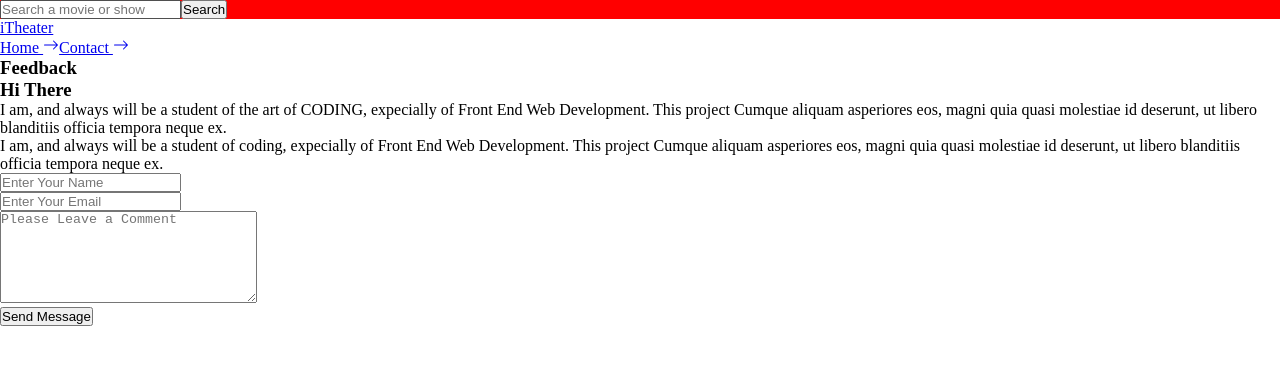
Repository: just-mann/itheater
Page: /contact
These files come from the project's save history. The page is drawn as it stood at one moment and after the next save; the edit follows.
The browser window is 1280 px wide. The pictures show the whole page.
The page's requests for data from a server got no answer. Some web fonts or font styles are not loaded; a fallback is used. The project was rebuilt for these pictures with package versions that can differ from the ones it lists, and the page was loaded fresh each time. No one was signed in, and anything a server would have sent is missing. Also part of the build but not shown: src/components/MovieDetail.js, src/components/ShowList.js.

Above is the page before, as saved 2021-07-17 05:48:38.

### public/index.html
<!DOCTYPE html>
<html lang="en">
  <head>
    <meta charset="utf-8" />
    <link rel="icon" href="%PUBLIC_URL%/favicon.ico" />
    <meta name="viewport" content="width=device-width, initial-scale=1" />
    <meta name="theme-color" content="#000000" />
    <meta
      name="description"
      content="Web site created using create-react-app"
    />
    <link rel="apple-touch-icon" href="%PUBLIC_URL%/logo192.png" />
    <!--
      manifest.json provides metadata used when your web app is installed on a
      user's mobile device or desktop. See https://developers.google.com/web/fundamentals/web-app-manifest/
    -->
    <link rel="manifest" href="%PUBLIC_URL%/manifest.json" />
    <!--
      Notice the use of %PUBLIC_URL% in the tags above.
      It will be replaced with the URL of the `public` folder during the build.
      Only files inside the `public` folder can be referenced from the HTML.

      Unlike "/favicon.ico" or "favicon.ico", "%PUBLIC_URL%/favicon.ico" will
      work correctly both with client-side routing and a non-root public URL.
      Learn how to configure a non-root public URL by running `npm run build`.
    -->
    <title>iTheater | Learn More About Your Favorite Movies / TV Shows</title>
    <link rel="preconnect" href="https://fonts.googleapis.com">
    <link rel="preconnect" href="https://fonts.gstatic.com" crossorigin>
    <link href="https://fonts.googleapis.com/css2?family=Bungee+Inline&family=Otomanopee+One&family=Roboto:wght@300&family=Train+One&display=swap" rel="stylesheet">
  </head>
  <body>
    <noscript>You need to enable JavaScript to run this app.</noscript>
    <div id="root"></div>
    <!--
      This HTML file is a template.
      If you open it directly in the browser, you will see an empty page.

      You can add webfonts, meta tags, or analytics to this file.
      The build step will place the bundled scripts into the <body> tag.

      To begin the development, run `npm start` or `yarn start`.
      To create a production bundle, use `npm run build` or `yarn build`.
    -->
  </body>
</html>

### src/index.js
import React from 'react';
import ReactDOM from 'react-dom';
import './styles/style.css';
import App from './App';
import reportWebVitals from './reportWebVitals';

ReactDOM.render(
  <React.StrictMode>
    <App />
  </React.StrictMode>,
  document.getElementById('root')
);

// If you want to start measuring performance in your app, pass a function
// to log results (for example: reportWebVitals(console.log))
// or send to an analytics endpoint. Learn more: https://bit.ly/CRA-vitals
reportWebVitals();

### src/styles/style.css
* {
  padding: 0;
  margin: 0;
  box-sizing: border-box;
}

html {
  scroll-behavior: smooth;
}

.Header {
  background: red;
  width: 100%;
}/*# sourceMappingURL=style_20210716025908.css.map */

### src/App.js
import React from 'react';
import MovieContextProvider from './contexts/MovieContext';
import {BrowserRouter as Router, Switch, Route} from 'react-router-dom';
import Contact from './components/Contact';
import MovieDetail from './components/MovieDetail';
import ShowList from './components/ShowList';

const App = () => {
  return (
    <div className="App">
        <MovieContextProvider>
        <Router>
          <Switch>
            <Route exact path='/'>
              <ShowList />
            </Route>
            <Route exact path='/contact'>
              <Contact />
            </Route>
            <Route exact path='/:id'>
              <MovieDetail />
            </Route>
          </Switch>
        </Router>
        </MovieContextProvider>
    </div>
  );
}

export default App;

### src/contexts/MovieContext.js
import React, {useState, useEffect, createContext} from 'react';

export const movieContext = createContext();

const MovieContextProvider = (props) => {

    const [movie, setMovie] = useState('Bernie');
    const [isPending, setIsPending] = useState(true);

    // Data to be displayed...
    const [data, setData] = useState([])

    // Function to enter movie or show name
    const EnterShow = (show) => {
        setMovie(show);
    }

    useEffect(() => {
        setTimeout(() => {
            fetch(`http://www.omdbapi.com/?s=${movie}&apikey=2c0bfe2d`)
                .then(res => res.json())
                .then(data => {
                    setData(data.Search)
                    setIsPending(false)
                    console.log(data.Search)
                })
                .catch(err => {
                    console.log(err)
                    // setIsPending(true)
                })
        }, 2000)
    }, [movie])

    return (
        <movieContext.Provider value={{movie, data, EnterShow, isPending}}>
            {data && props.children}
        </movieContext.Provider>
    )
}

export default MovieContextProvider;

### src/components/Contact.js
import React, {useEffect} from 'react';
import emailjs from 'emailjs-com';
import Header from './Header';
import SideNav from './SideNav';




const Contact = () => {

    useEffect(() => {
        window.scrollTo(0, 0);
    })

    const sendMessage = (e) => {
        // Prevent default refresh
        e.prevendDefault();

        emailjs.sendForm('i_theater', "i_theater_app1245", e.target, 'user_q41WWjjATyZnRcd2GzQuI')
            .then(result => {
                console.log(result);
            }, (error) => {
                console.log(error)
            });

    }

    return (
        <div className="Contact">
            <Header />
            <SideNav />
            <div className="rightSide">
                <h3>Feedback</h3>
                <div className="row">
                    <div className="contactDet">
                        <h3>Hi There</h3>
                        <p>
                            I am, and always will be a student of the art of <span>CODING</span>, expecially of
                            <span> Front End Web Development</span>. This project
                            Cumque aliquam asperiores eos,
                            magni quia quasi molestiae id deserunt, ut
                            libero blanditiis officia tempora neque ex.
                        </p>
                        <p>
                            I am, and always will be a student of coding, expecially of
                            Front End Web Development. This project
                            Cumque aliquam asperiores eos,
                            magni quia quasi molestiae id deserunt, ut
                            libero blanditiis officia tempora neque ex.
                        </p>
                    </div>
                    <form onSubmit={sendMessage}>
                        <div>
                            {/* <label htmlFor="name">Name</label> */}
                            <input type="text" name="name" id="name" placeholder="Enter Your Name" required/>
                        </div>
                        <div>
                            {/* <label htmlFor="email">Email</label> */}
                            <input type="email" name="email" id="email" placeholder="Enter Your Email" required/>
                        </div>
                        <div>
                            {/* <label htmlFor="message">Message</label> */}
                            <textarea name="message" id="message" cols="30" rows="6" placeholder="Please Leave a Comment" required></textarea>
                        </div>
                        <div>
                            <input type="submit" value="Send Message" />
                        </div>
                    </form>
                </div>
            </div>
        </div>
    )
}

export default Contact;

### src/components/Header.js
import React from 'react';
import Search from './Search';

const Header = () => {
    return (
        <div className="Header">
            <div className="my_container">
                <div className="dummyElement"></div>
                <Search />
            </div>
        </div>
    )
}

export default Header;

### src/components/SideNav.js
import React from 'react';
import {NavLink} from 'react-router-dom';
import {BsArrowRight} from 'react-icons/bs';

const SideNav = () => {
    return (
        <div className="SideNav">
            <div className="logoDiv">
                <NavLink className="app_Logo" to='/'>iTheater</NavLink>
            </div>
            <div className="links">
                <NavLink to='/'  activeClassName="active">Home <BsArrowRight className="arrows"/></NavLink>
                <NavLink to="/contact" activeClassName="active">Contact <BsArrowRight className="arrows"/></NavLink>
            </div>
        </div>
    )
}

export default SideNav;

### src/components/Search.js
import React, {useState, useContext, useEffect} from 'react';
import { useHistory } from 'react-router';
import {movieContext} from '../contexts/MovieContext';

const Search = () => {

    useEffect(() => {
        window.scrollTo(0, 0);
    })

    const history = useHistory();

    const {EnterShow} = useContext(movieContext)

    const [newSearch, setNewSearch] = useState('');

    const handleChange = (e) => {
        setNewSearch(e.target.value);
    }

    // const reDirect = () => {
    //     let path = '/';
    //     let history = useHistory();
    //     history.push(path);
    // }

    const handleSubmit = (e) => {
        e.preventDefault();
        EnterShow(newSearch);
        setNewSearch('');
        history.push('/')
    }

    return (
        <div className="Search">
            <form onSubmit={handleSubmit}>
                <input type='search' value={newSearch} placeholder='Search a movie or show' onChange={handleChange}/>
                <button>Search</button>
            </form>
        </div>
    )
}

export default Search;

Loaded but not shown: src/reportWebVitals.js (common file)

After the next save:
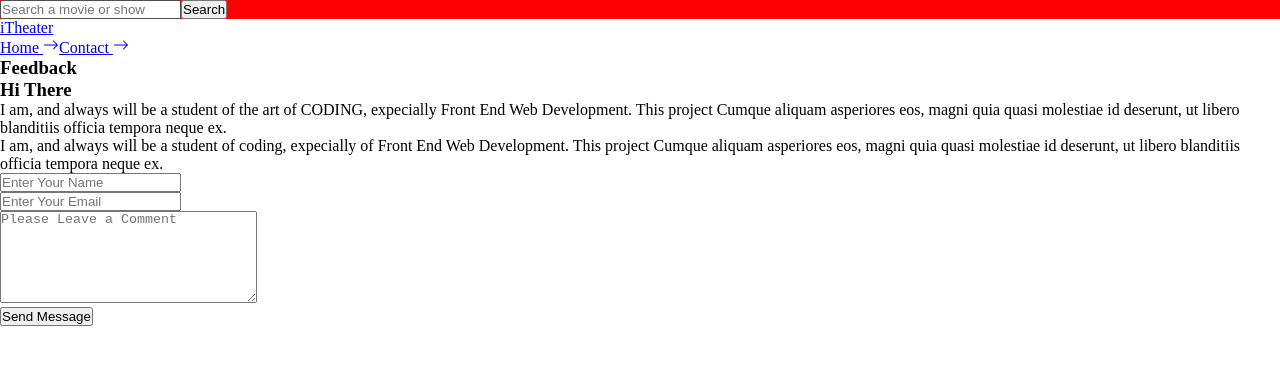
Saved 4 s later.
--- a/src/components/Contact.js
+++ b/src/components/Contact.js
@@ -35,7 +35,7 @@ const Contact = () => {
                     <div className="contactDet">
                         <h3>Hi There</h3>
                         <p>
-                            I am, and always will be a student of the art of <span>CODING</span>, expecially of
+                            I am, and always will be a student of the art of <span>CODING</span>, expecially
                             <span> Front End Web Development</span>. This project
                             Cumque aliquam asperiores eos,
                             magni quia quasi molestiae id deserunt, ut
